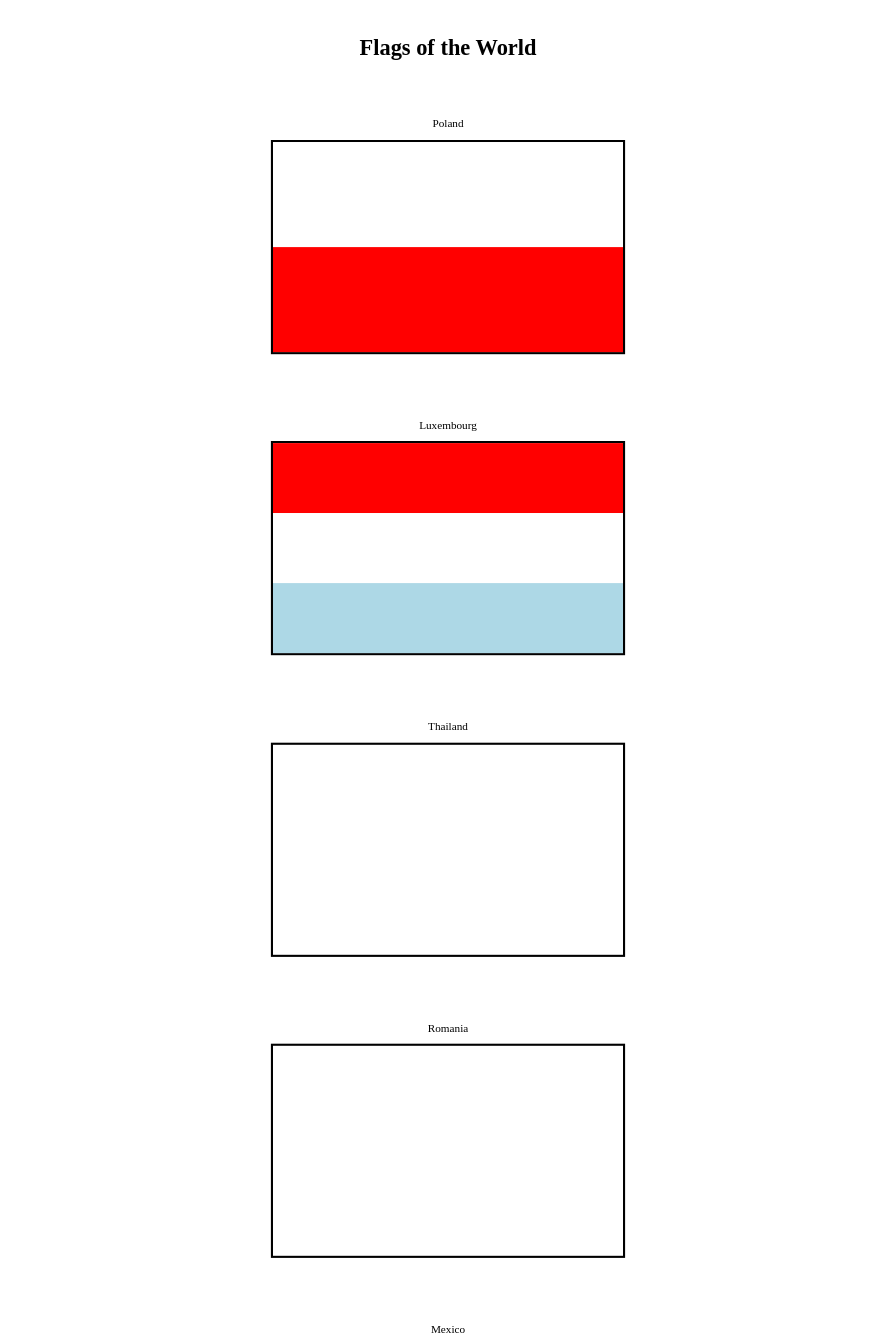
Repository: fullstack-decal-fa22/hw2-jiachenofsun
Page: index.html
An editor plug-in stored every save of this project. The page is shown before and after the next save, followed by the edit.
The browser window is 1280 px wide. The pictures show the part of the page from y = 0 to 1920 px (the page is 5389 px tall), at 70% of full size.

Above is the page before, as saved 2022-09-25 15:23:46.

### index.html
<!DOCTYPE html>
<head>
  <head>
    <link rel="stylesheet" href="styles.css">
  </head>

  <h1 id="intro">Flags of the World</h1>

  <br>

  <!--
    Some flags already have some CSS elements added in
    You are expected to finish the rest.
  -->

  <div class="flags">
    <h2 class="label">Poland</h2>
    <div class="flag">
      <div class="white twovert"></div>
      <div class="red twovert"></div>
    </div>

    <h2 class="label">Luxembourg</h2>
    <div class="flag">
      <div class="red threevert"></div>
      <div class="red threevert" id="white"></div>
      <div class="light-blue threevert"></div>
    </div>

    <h2 class="label">Thailand</h2>
    <div class="flag">
      <div class="thailand-red"></div>
      <div class="thailand-white"></div>
      <div class="thailand-blue"></div>
      <div class="thailand-white"></div>
      <div class="thailand-red"></div>
    </div>

    <h2 class="label">Romania</h2>
    <div class="flag" style="">
      <!-- insert flag here -->
    </div>

    <h2 class="label">Mexico</h2>
    <div class="flag">
      <!-- insert flag here -->
    </div>

    <h2>Margin</h2>
    <div class="margin-container">
      <div class="flag"></div>
      <div class="flag"></div>
    </div>

    <h2>Padding</h2>
    <div class="flag black">
      <div class="flag padding-container"></div>
    </div>

    <h3>Challenge (These are optional)</h3>

    <h2>Greece</h2>
    <div class="flag">
      <!-- insert flag here -->
    </div>

    <h2>South Africa</h2>
    <div class="flag">
      <!-- insert flag here -->
    </div>

    <h2>Seychelis</h2>
    <div class="flag">
      <!-- insert flag here -->
    </div>

    <h2>North Macedonia</h2>
    <div class="flag">
      <!-- insert flag here -->
    </div>

    <h2>Finland</h2>
    <div class="flag">
      <!-- insert flag here -->
    </div>
  </div>

### styles.css
/* BEGIN SETUP (you will not need to use these) */
#intro {
  color: rgb(0, 0, 0);
  text-align: center;
  margin: 50px;
}

.flags {
  display: flex;
  flex-direction: column;
  align-items: center;
}

h2 {
  font-size: medium;
  font-weight: 200;
}

/* END SETUP */

/* Classes that you might find useful */
/* You may also have to implement your own classes */

.flag {
  height: 300px;
  width: 500px;
  border-style: solid;
  margin-bottom: 5rem;
}

.twovert {
  height: 50%;
}

.threevert {
  height: 33.33333%;
}

.threehoriz {
  width: 33.3%;
}

.narrow {
  height: 17.5%;
}

.wide {
  height: 30%;
}

.circle {
  border-radius: 50%;
  height: 200px;
  width: 200px;
  position: relative;
  left: 85px;
  top: 50px;
}

/* Colors */

/* QUESTION 1 */

.orange {
  background-color: orange;
}

.yellow {
  background-color: yellow;
}

.green {
  background-color: green;
}

.blue {
  background-color: blue;
}

.light-blue {
  background-color: lightblue;
}

.purple {
  background-color: purple;
}

.white {
  background-color: #fff;
}

.black {
  background-color: #000;
}

.white {
  background-color: white;
}

.red {
  background-color: red;
}

#white {
  background-color: white;
}

/* BEGIN QUESTION 2 */

.thailand-red {
  background-color: #B5002D;
  height: 1fr;
}

.thailand-white {
  background-color: white;
  height: 1fr;
}

.thailand-blue {
  background-color: #2E2A4C;
  height: 2fr;
}

/* END QUESTION 2 */

/* BEGIN QUESTION 3 */

.romania-blue {
  background-color: #002c84;
}

.romania-yellow {
  background-color: #ffcf00;
}

.romania-red {
  background-color: #e10017;
}

/* END QUESTION 3 */

/* QUESTION 4 */
.mexico-green {
  background-color: #006341;
}

.mexico-img {
  /* TODO */
}

.mexico-red {
  background-color: #ce1126;
}

/* QUESTION 6 */
.margin-container {
  height: 300px;
  width: 1030px;
  border-style: solid;
  margin-bottom: 5rem;
  display: flex;
  justify-content: center;
}

/* For margin practice */
.flag1 {
  background-color: red;
  /* TODO */
}

.flag2 {
  background-color: blue;
  /* TODO */
}

/* For padding practice */
.padding-container {
  box-sizing: border-box;
  background-color: lightblue;
  background-clip: content-box, padding-box;
  /* TODO */
}

After the next save:
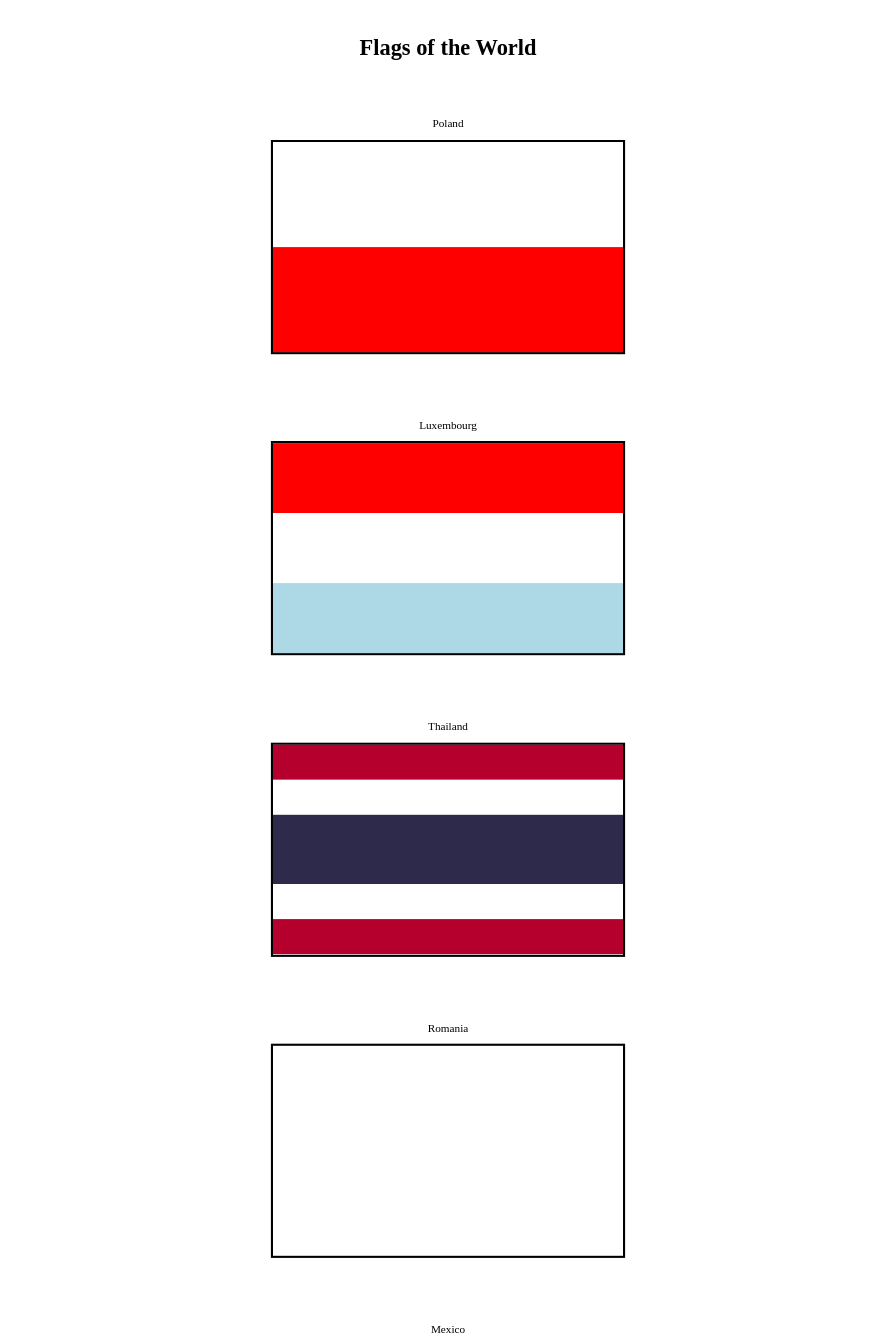
Saved 55 s later.
--- a/styles.css
+++ b/styles.css
@@ -109,17 +109,17 @@
 
 .thailand-red {
   background-color: #B5002D;
-  height: 1fr;
+  height: 16.66%;
 }
 
 .thailand-white {
   background-color: white;
-  height: 1fr;
+  height: 16.66%;
 }
 
 .thailand-blue {
   background-color: #2E2A4C;
-  height: 2fr;
+  height: 33.3%;
 }
 
 /* END QUESTION 2 */
